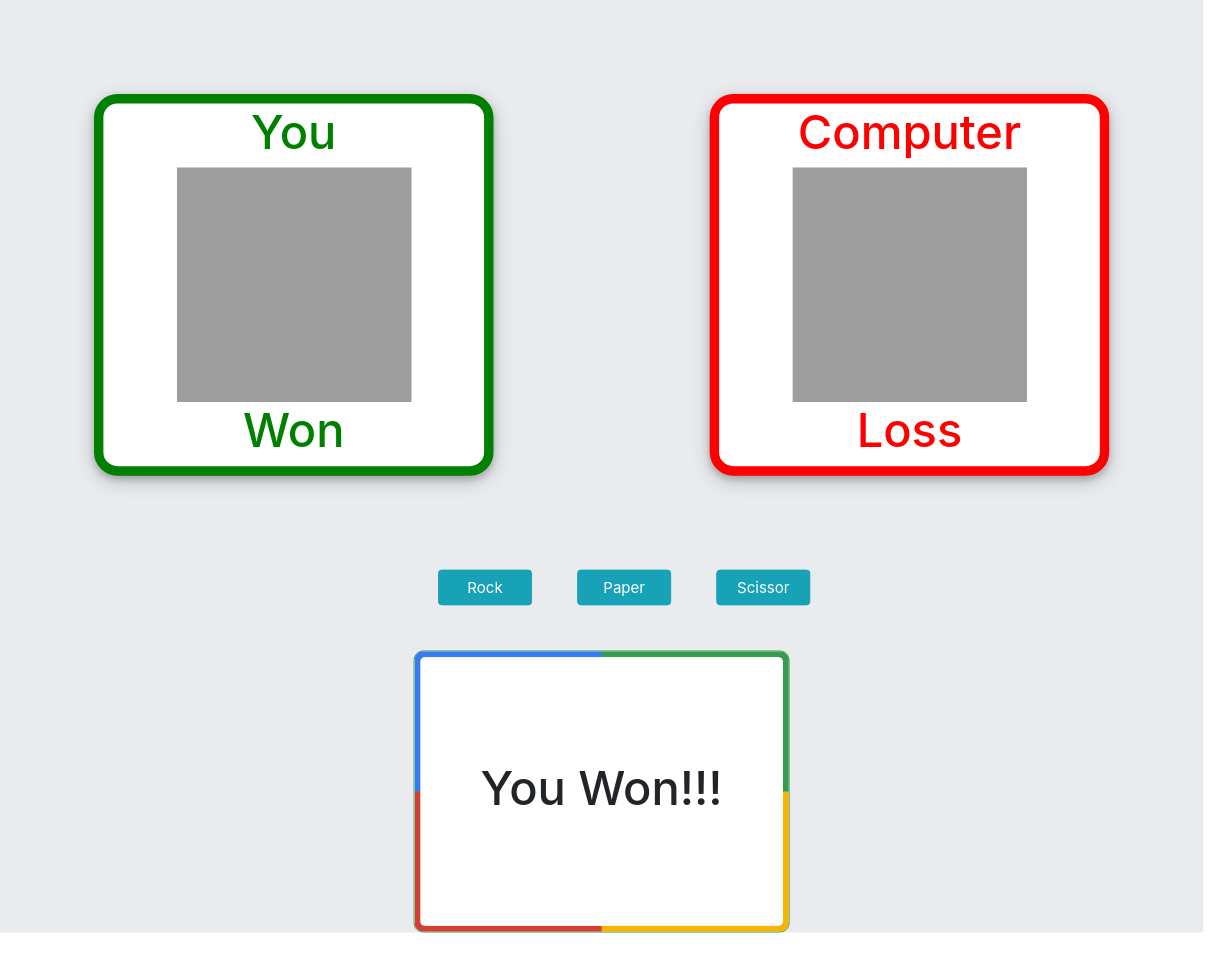
Repository: tts2610/React-Intro
Page: /
The author's editor kept a copy of each file at every save. The page is drawn from the files as they stood at one save, then again after the next save.
The browser window is 1280 px wide. The page is 1295 px wide, so the pictures cover 1295 px, including what lies to the right of the window. The pictures show the whole page, at 94% of full size.
Pictures or frames that could not be fetched are drawn as grey boxes. Some web libraries are served in a nearby version. The project was rebuilt for these pictures with package versions that can differ from the ones it lists, and the page was loaded fresh each time.

Above is the page before, as saved 2020-05-26 22:56:14.

After the next save:
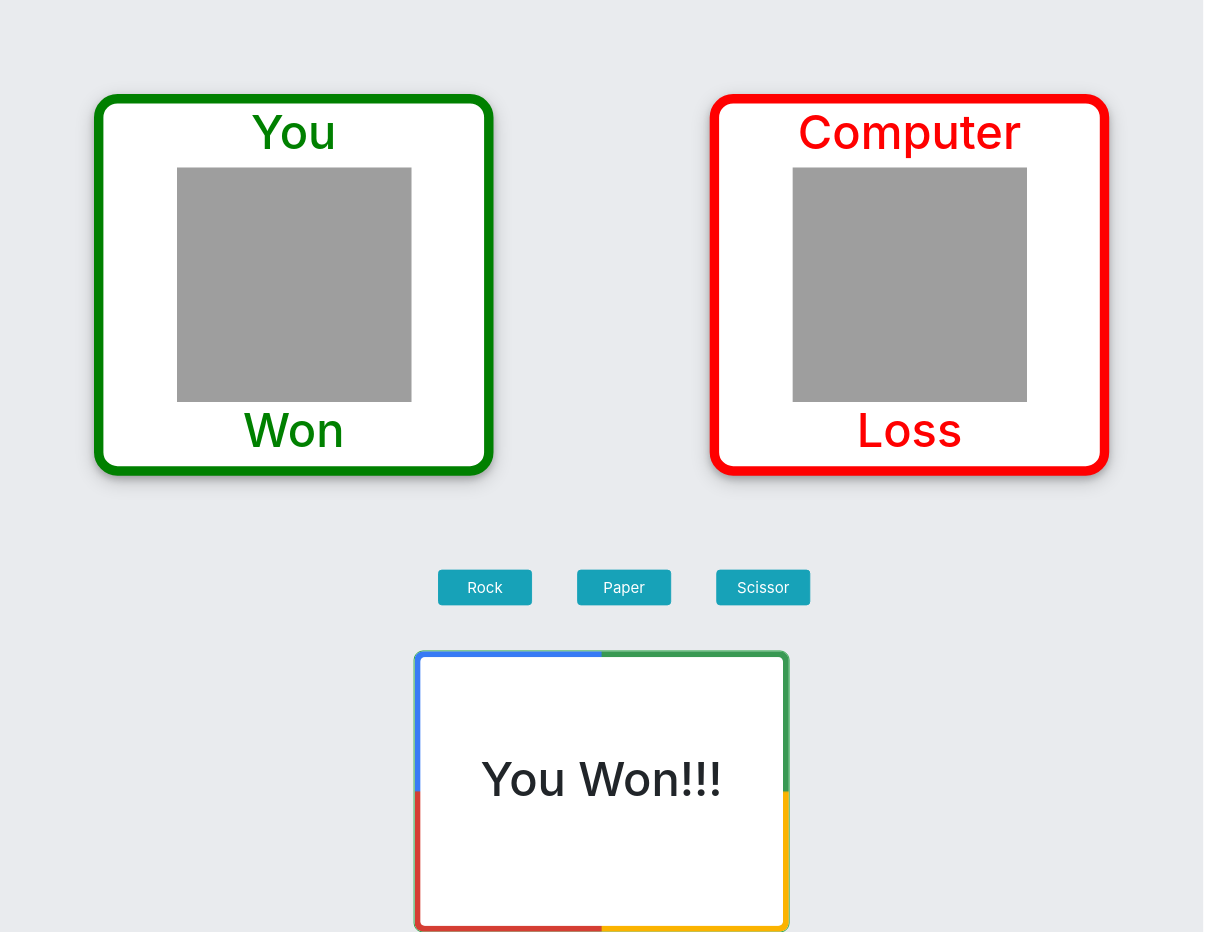
Saved 15 s later.
--- a/src/App.css
+++ b/src/App.css
@@ -81,7 +81,7 @@ h1 {
     border-radius: 10px;
     overflow: hidden;
     padding: 2rem;
-    margin-bottom: 50px;
+    padding-bottom: 50px;
 }
 
 .rainbow::before {
